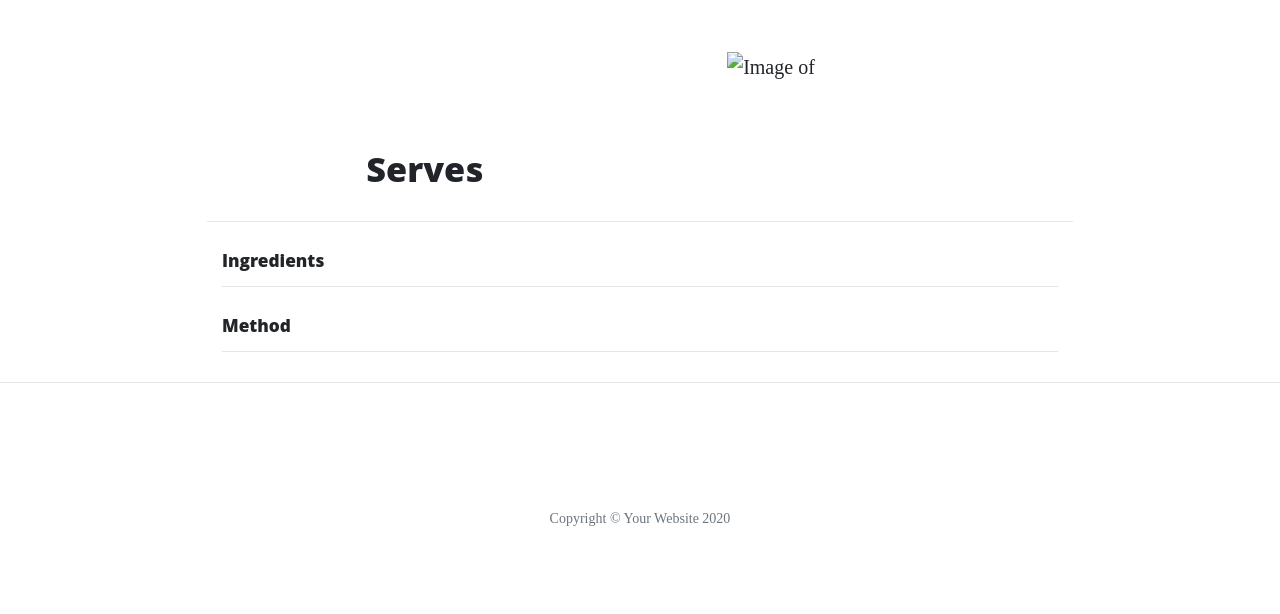
Repository: saffiya/cookbook
Page: templates/recipe.html
The author's editor kept a record of every edit. The page is drawn from the files as they stood at one moment, then again after the next edit.
The browser window is 1280 px wide. The pictures show the part of the page from y = 674 to 1288 px (the page is 1288 px tall).
The page is served by the project's application, run on Flask 3 (app.py). The template is opened directly, without the code that normally fills it, so the values that code supplies are empty.

Above is the page before.

After the next edit:
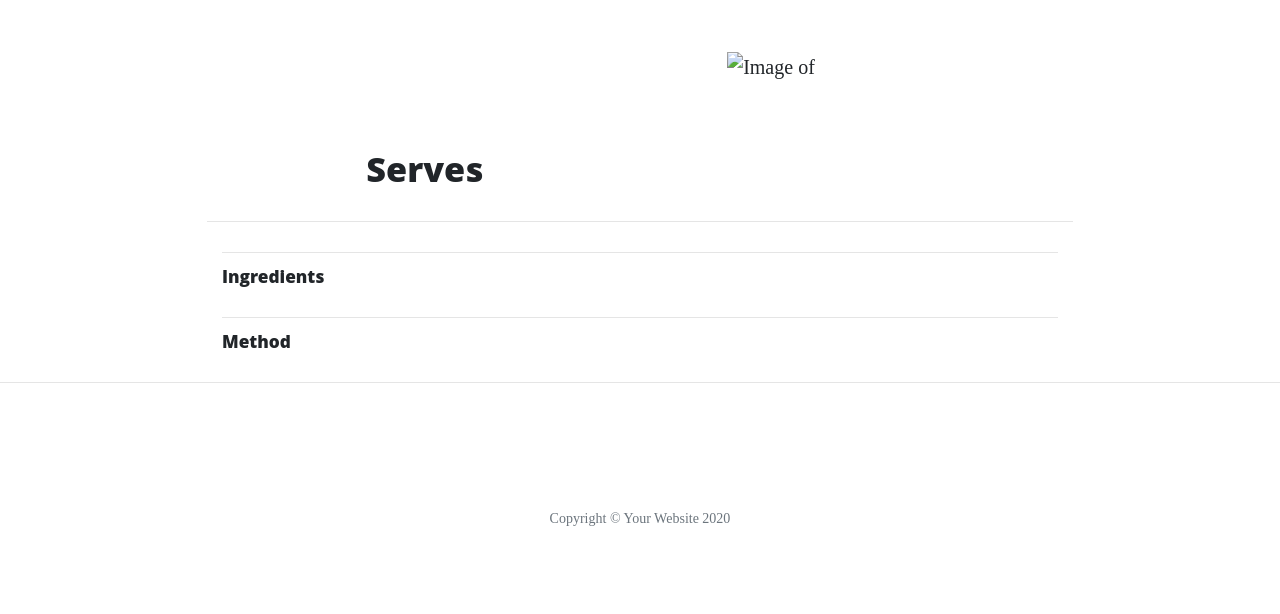
The edit:
--- a/templates/recipe.html
+++ b/templates/recipe.html
@@ -18,11 +18,11 @@
 </div>
 
 <div class="col-md-12">
+    <hr>
     <h6>Ingredients</h6>
+    <p>{{ recipe.ingredients }}</p>
     <hr>
-    <p>{{ recipe.ingredients }}</p>
     <h6>Method</h6>
-    <hr>
     <p>{{ recipe.method_one }}</p>
     <p>{{ recipe.method_two }}</p>
     <p>{{ recipe.method_three }}</p>
